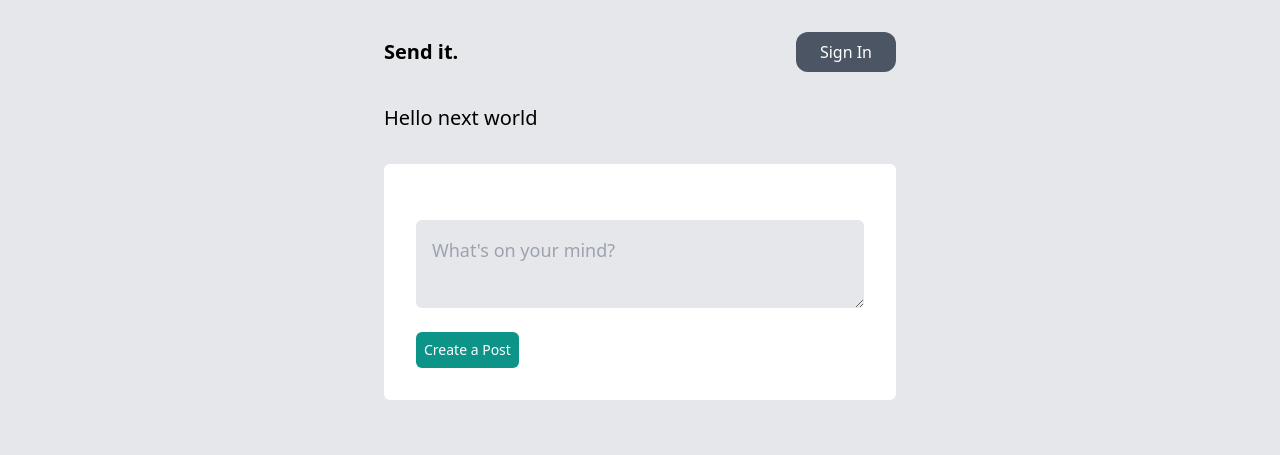
Repository: AMT98/SEND-IT
Page: /
An editor plug-in stored every save of this project. The page is shown before and after the next save, followed by the edit.
The browser window is 1280 px wide. The pictures show the whole page.
The page's requests for data from a server got no answer. The project was rebuilt for these pictures with package versions that can differ from the ones it lists, and the page was loaded fresh each time. The framework's server and built-in components were replaced by stand-ins that run in the browser. No one was signed in, and anything a server would have sent is missing. Also part of the build but not shown: next.config.js, app/auth/Logged.tsx.

Above is the page before, as saved 2023-02-14 17:04:24.

After the next save:
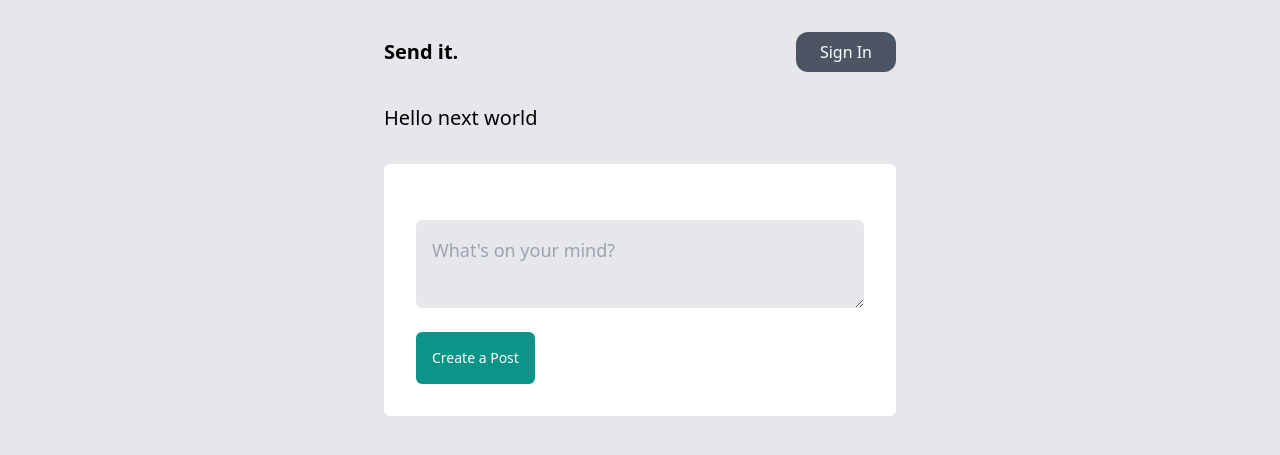
Saved 8 s later.
--- a/app/components/AddPost.tsx
+++ b/app/components/AddPost.tsx
@@ -19,7 +19,7 @@ export default function CreatePost() {
         <button
           disabled={isDisabled}
           type="submit"
-          className="text-sm bg-teal-600 text-white p-2 rounded-md"
+          className="text-sm bg-teal-600 text-white p-4 rounded-md"
         >
           Create a Post
         </button>
